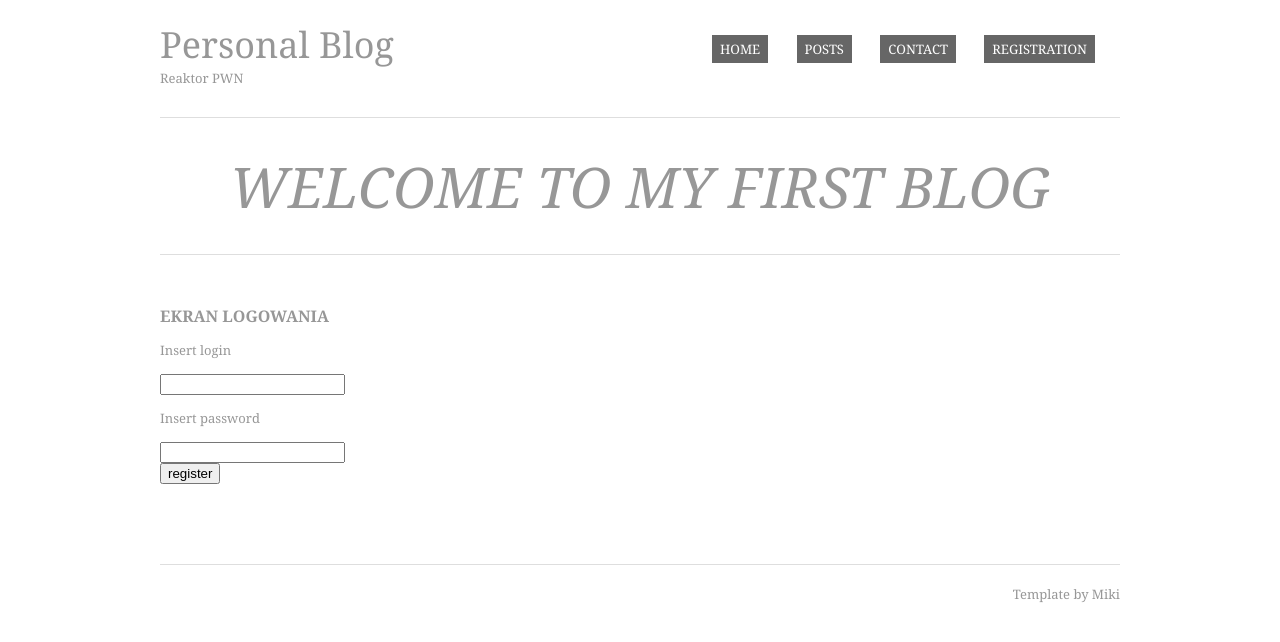
Repository: AnnaPolatynska/SpringCwiczenia
Page: http://localhost/loginForm
These files come from the project's save history. The page is drawn as it stood at one moment and after the next save; the edit follows.
The browser window is 1280 px wide. The pictures show the whole page.
The page is this project's Thymeleaf template; nobody is signed in. The template is opened directly, without the code that normally fills it, so the values that code supplies are empty.

Above is the page before, as saved 2017-08-30 10:52:04.

### D-MVC-JAR/src/main/resources/templates/loginForm.html
 <!DOCTYPE html>
<html lang="en" dir="ltr" xmlns:th="http://www.thymeleaf.org">
<head>
<title>Save Register</title>
<meta charset="iso-8859-1" />
<link rel="stylesheet" href="layout.css" type="text/css" />
</head>
<body>
<div class="wrapper row1">
  <header id="header" class="clear">
    <div id="hgroup">
      <h1><a href="#">Personal Blog</a></h1>
      <h2>Reaktor PWN</h2>
    </div>
    <nav>
      <ul>
        <li><a href="#">Home</a></li>
        <li><a href="/blog">Posts</a></li>
        <li><a href="/contact">Contact</a></li>
        <li><a href="/registration">Registration</a></li>
      </ul>
    </nav>
  </header>
</div>
<!-- content -->
<div class="wrapper row2">
  <div id="container" class="clear">
    <!-- content body -->
    <section id="shout">
      <h1>Welcome to my first Blog</h1>
    </section>
    <!-- main content -->
    <section id="services" class="clear">
      <!-- article 1 -->
 		<h1>Ekran logowania</h1>

 		<form th:action="@{/saveRegister}" method="post" th:object="${reg}">
			<p> Insert login </p>
			<input type="text" th:field="*{login}" /> <br/>
			<p> Insert password </p>
			<input type="text" th:field="*{passwd}"/> <br/>

			<input type="submit" value="register"/>
		</form>

    </section>
    <!-- / content body -->
  </div>
</div>
<!-- footer -->
<div class="wrapper row3">
  <footer id="footer" class="clear">
    <p class="fl_right">Template by Miki</p>
  </footer>
</div>
</body>
</html>

### D-MVC-JAR/src/main/resources/static/layout.css
html{overflow-y:scroll;} /* Forces a scrollbar when the viewport is larger than the websites content - CSS3 */

body{margin:0; padding:0; font-size:13px; font-family:Georgia, "Times New Roman", Times, serif; color:#979797; background-color:#FFFFFF;}

.clear:after{content:"."; display:block; height:0; clear:both; visibility:hidden; line-height:0;}
.clear{display:block; clear:both;}
html[xmlns] .clear{display:block;}
* html .clear{height:1%;}

a{outline:none; text-decoration:none;}

code{font-weight:normal; font-style:normal; font-family:Georgia, "Times New Roman", Times, serif;}

.fl_left{float:left;}
.fl_right{float:right;}

img{margin:0; padding:0; border:none; line-height:normal; vertical-align:middle;}
.imgholder, .imgl, .imgr{padding:4px; border:1px solid #D6D6D6; text-align:center;}
.imgl{float:left; margin:0 15px 15px 0; clear:left;}
.imgr{float:right; margin:0 0 15px 15px; clear:right;}

/*----------------------------------------------HTML 5 Overrides-------------------------------------*/

address, article, aside, figcaption, figure, footer, header, nav, section{display:block; margin:0; padding:0;}

q{display:block; padding:0 10px 8px 10px; color:#979797; background-color:#ECECEC; font-style:italic; line-height:normal;}
q:before{content:'� '; font-size:26px;}
q:after{content:' �'; font-size:26px; line-height:0;}

/* ----------------------------------------------Wrapper-------------------------------------*/

div.wrapper{display:block; width:960px; margin:0 auto; padding:0; text-align:left;}

.row1, .row1 a{color:#979797; background-color:#FFFFFF;}
.row2{color:#979797; background-color:#FFFFFF;}
.row2 a{color:#FF9900; background-color:#FFFFFF;}
.row3{border-top:1px solid #DEDEDE;}
.row3, .row3 a{color:#979797; background-color:#FFFFFF;}

/*----------------------------------------------Generalise-------------------------------------*/

#header, #container, #footer{display:block; width:960px;}

nav ul{margin:0; padding:0; list-style:none;}

h1, h2, h3, h4, h5, h6{margin:0; padding:0; font-size:16px; font-weight:bold; font-style:normal; line-height:normal; text-transform:uppercase;}

address{font-style:normal;}

blockquote, q{display:block; padding:8px 10px; color:#979797; background-color:#ECECEC; font-style:italic; line-height:normal;}
blockquote:before, q:before{content:'� '; font-size:26px;}
blockquote:after, q:after{content:' �'; font-size:26px; line-height:0;}

.one_third, .two_third, .three_third{display:block; float:left; margin:0 30px 0 0;}
.one_third{width:300px;}
.two_third{width:630px;}
.three_third{width:960px; float:none; margin-right:0; clear:both;}
.lastbox{margin-right:0;}

/*----------------------------------------------Header-------------------------------------*/

#header{}

#header #hgroup{padding:20px 0 0 0; float:left;}
#header #hgroup h1, #header #hgroup h2{font-weight:normal; text-transform:none;}
#header #hgroup h1{font-size:36px;}
#header #hgroup h2{font-size:13px;}

#header nav{display:block; float:right; margin:20px 0 0 0; padding:20px 0;}
#header nav ul{}
#header nav li{display:inline; margin-right:25px; text-transform:uppercase;}
#header nav li.last{margin-right:0;}
#header nav li a{padding:5px 8px; color:#FFFFFF; background-color:#666666;}
#header nav li a:hover{color:#FF9900; background-color:#FFFFFF;}

/*----------------------------------------------Content Area-------------------------------------*/

#container{padding:30px 0;}
#container section{display:block; width:100%; margin:0 0 30px 0; padding:0;}
#container .last{margin:0;}
#container .more{text-align:right;}

/* ------Shout-----*/

#container #shout{margin-bottom:50px; padding:30px 0; border-top:1px solid #DEDEDE; border-bottom:1px solid #DEDEDE;}
#container #shout h1{font-size:56px; font-weight:normal; font-style:italic; text-transform:uppercase; text-align:center;}
#container #shout p{font-size:16px; margin-bottom:0; padding-bottom:0; line-height:1.8em;}

/* ------services-----*/

#container #services{margin-bottom:50px; line-height:1.6em;}
#container #services article{}
#container #services article h2{font-size:14px; margin-bottom:15px;}
#container #services article p{margin:0; padding:0;}
#container #services article img{float:left; width:80px; height:80px; margin:0 10px 10px 0; padding:4px; border:1px solid #DEDEDE;}
#container #services article footer{margin:10px 0 0 0;}

/*----------------------------------------------Footer-------------------------------------*/

#footer{padding:20px 0;}
#footer p{margin:0; padding:0;}

After the next save:
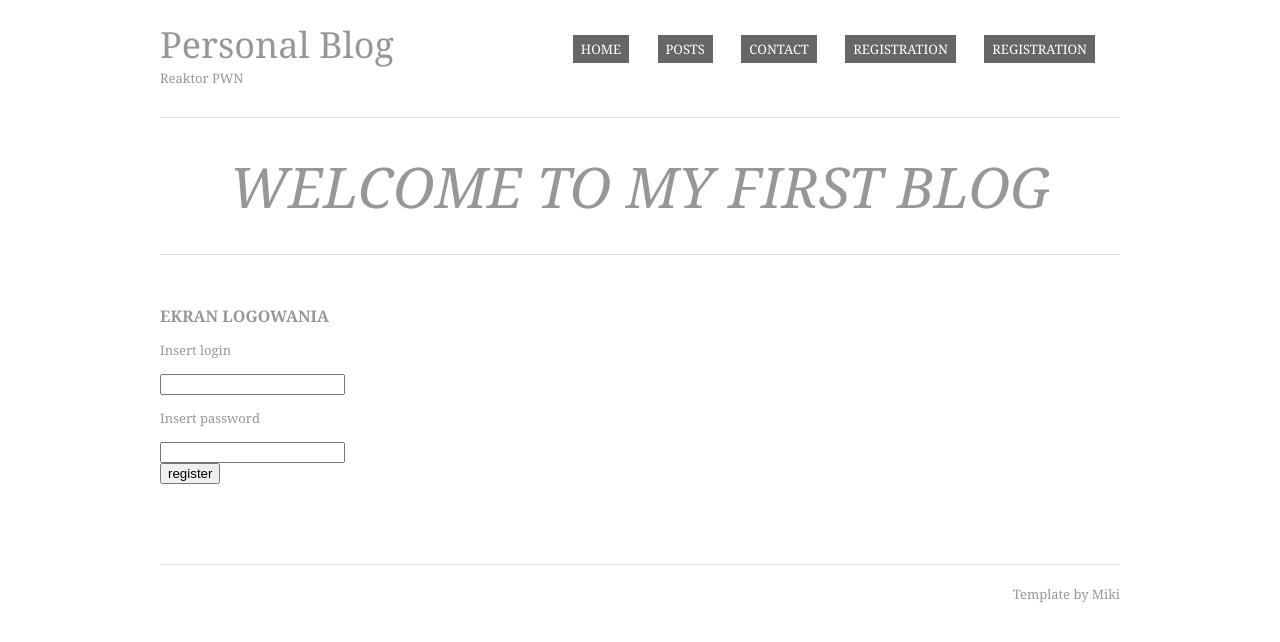
Saved 48 s later.
--- a/D-MVC-JAR/src/main/resources/templates/loginForm.html
+++ b/D-MVC-JAR/src/main/resources/templates/loginForm.html
@@ -18,6 +18,7 @@
         <li><a href="/blog">Posts</a></li>
         <li><a href="/contact">Contact</a></li>
         <li><a href="/registration">Registration</a></li>
+         <li><a href="/registration">Registration</a></li>
       </ul>
     </nav>
   </header>
